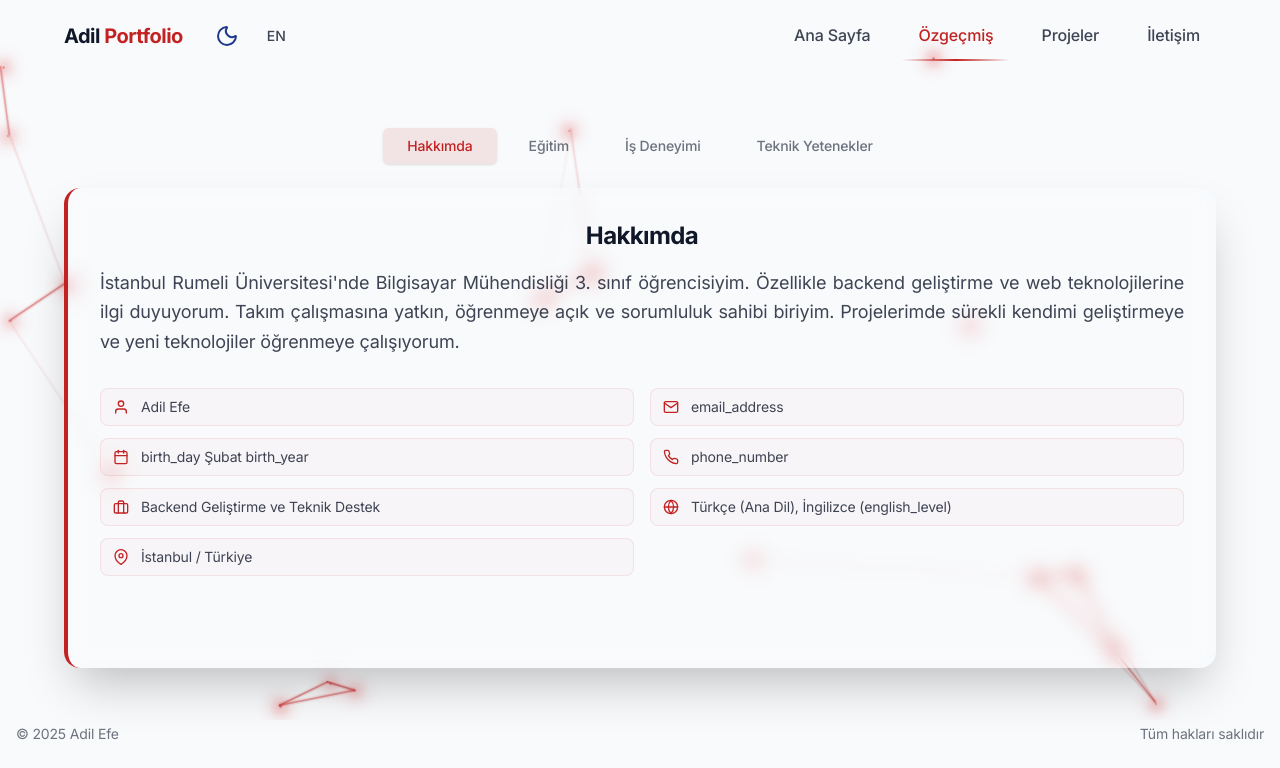
Repository: jusiann/personal-portfolio
Page: /tr/resume (app in my-portfolio/)
These files come from the project's save history. The page is drawn as it stood at one moment and after the next save; the edit follows.
The browser window is 1280 px wide. The pictures show the whole page.
The project was rebuilt for these pictures with package versions that can differ from the ones it lists, and the page was loaded fresh each time. Also part of the build but not shown: my-portfolio/vite.config.js, my-portfolio/src/components/HomeImage.jsx, my-portfolio/src/components/SocialLinks.jsx, my-portfolio/src/components/HomeCard.jsx, my-portfolio/src/pages/Home.jsx, my-portfolio/src/components/ProjectCard.jsx, my-portfolio/src/pages/Projects.jsx, my-portfolio/src/components/ContactCard.jsx and 2 more.

Above is the page before, as saved 2025-11-23 19:53:50.

### my-portfolio/index.html
<!doctype html>
<html lang="en">
  <head>
    <meta charset="UTF-8" />
    <link rel="icon" type="image/svg+xml" href="/vite.svg" />
    <meta name="viewport" content="width=device-width, initial-scale=1.0" />
    <link rel="preconnect" href="https://fonts.googleapis.com">
    <link rel="preconnect" href="https://fonts.gstatic.com" crossorigin>
    <link href="https://fonts.googleapis.com/css2?family=Inter:wght@300;400;500;600;700;800&family=Source+Code+Pro:wght@400;500;600&display=swap" rel="stylesheet">
    <title>my-portfolio</title>
  </head>
  <body>
    <div id="root"></div>
    <script type="module" src="/src/main.jsx"></script>
  </body>
</html>

### my-portfolio/src/App.jsx
import { BrowserRouter, Routes, Route, Navigate, useLocation } from "react-router-dom"
import { AnimatePresence } from "framer-motion"
import { Home } from "./pages/Home";
import { Resume } from "./pages/Resume";
import { Projects } from "./pages/Projects";
import { Contact } from "./pages/Contact";
import { NotFound } from "./pages/NotFound";

function AnimatedRoutes() {
  const location = useLocation();

  return (
    <AnimatePresence mode="wait">
      <Routes location={location} key={location.pathname}>

        {/* TURKISH ROUTES */}
        <Route path="/" element={<Navigate to="/en" replace />} />
        <Route path="/tr" element={<Home />}/>
        <Route path="/tr/resume" element={<Resume />}/>
        <Route path="/tr/projects" element={<Projects />}/>
        <Route path="/tr/contact" element={<Contact />}/>

        {/* ENGLISH ROUTES */}
        <Route path="/en" element={<Home />}/>
        <Route path="/en/resume" element={<Resume />}/>
        <Route path="/en/projects" element={<Projects />}/>
        <Route path="/en/contact" element={<Contact />}/>
        <Route path="*" element={<NotFound />} />
      </Routes>
    </AnimatePresence>
  );
}

function App() {
  return (
    <BrowserRouter>
      <AnimatedRoutes />
    </BrowserRouter>
  )
}

export default App

### my-portfolio/src/pages/Resume.jsx
import { CrimsonWebBackground } from "../components/CrimsonWebBackground";
import { Navbar } from "../components/Navbar";
import { PageTransition } from "../components/PageTransition";
import { ResumeCard } from "../components/ResumeCard";
import { Footer } from "../components/Footer";


export const Resume = () => {

    return (
        <PageTransition>
            <div className="
                min-h-screen
                bg-background
                text-foreground
                overflow-x-hidden
                flex
                flex-col
            ">

                {/* BACKGROUND EFFECTS */}
                <CrimsonWebBackground />

                {/* NAVBAR */}
                <Navbar />

                {/* MAIN CONTENT */}
                <ResumeCard />

                {/* FOOTER */}
                <Footer />
            </div>
        </PageTransition>
    );
};

### my-portfolio/src/components/Footer.jsx
import {useLanguage} from "../lib/utils";

export const Footer = () => {
    const {translate} = useLanguage();
    const currentYear = new Date().getFullYear();

    return (
        <footer className="w-full py-6 mt-auto">
            <div className="max-w-7xl mx-auto px-4">
                <div className="flex flex-col md:flex-row items-center justify-between gap-2 text-center md:text-left">

                    {/* COPYRIGHT */}
                    <p className="text-foreground/60 text-sm">
                        © {currentYear} {translate('profile_name')} {translate('profile_surname')}
                    </p>

                    {/* RIGHTS RESERVED */}
                    <p className="text-foreground/60 text-sm">
                        {translate('rights_reserved')}
                    </p>
                </div>
            </div>
        </footer>
    );
};

### my-portfolio/src/components/ResumeCard.jsx
import {useState} from 'react';
import {useLanguage} from '../lib/utils';
import {cn} from '../lib/utils';
import {
    SiHtml5, SiCss3, SiJavascript, SiReact, SiBootstrap, SiTailwindcss,
    SiCplusplus, SiPython, SiPostgresql, SiMongodb, SiMysql, SiNodedotjs, SiExpress,
    SiGit, SiFigma, SiPostman, SiBlender, SiUnity, SiJsonwebtokens, SiNpm, SiJira, SiEslint,
} from 'react-icons/si';
import {FaJava} from 'react-icons/fa';
import {VscVscode} from 'react-icons/vsc';
import {FiMail, FiPhone, FiUser, FiCalendar, FiBriefcase, FiMapPin, FiGlobe} from 'react-icons/fi';

export const ResumeCard = () => {
    const {translate} = useLanguage();
    const [activeTab, setActiveTab] = useState('about');

    const tabs = [
        {id: 'about', label: translate('resume_about_title')},
        {id: 'education', label: translate('resume_education_title')},
        {id: 'experience', label: translate('resume_experience_title')},
        {id: 'skills', label: translate('resume_skills_title')},
    ];

    const renderContent = () => {
        switch (activeTab) {
            case 'about':
                return (
                    <div>
                        <h3 className="text-2xl font-heading font-bold text-foreground mb-4">
                            {translate('resume_about_title')}
                        </h3>
                        <p className="text-foreground/80 leading-relaxed text-lg mb-8 text-justify">
                            {translate('profile_about_text')}
                        </p>
                        <div className="grid grid-cols-1 md:grid-cols-2 gap-4">
                            <div className="space-y-3">
                                <div className="flex items-start gap-3 p-2 pl-3 rounded-lg bg-primary/2 border border-primary/10 hover:bg-primary/4 transition-colors duration-200">
                                    <FiUser className="text-primary mt-0.5 shrink-0" />
                                    <span className="text-foreground/80 text-sm">{translate('profile_name')} {translate('profile_surname')}</span>
                                </div>
                                <div className="flex items-start gap-3 p-2 pl-3 rounded-lg bg-primary/2 border border-primary/10 hover:bg-primary/4 transition-colors duration-200">
                                    <FiCalendar className="text-primary mt-0.5 shrink-0" />
                                    <span className="text-foreground/80 text-sm">{translate('birth_day')} {translate('february')} {translate('birth_year')}</span>
                                </div>
                                <div className="flex items-start gap-3 p-2 pl-3 rounded-lg bg-primary/2 border border-primary/10 hover:bg-primary/4 transition-colors duration-200">
                                    <FiBriefcase className="text-primary mt-0.5 shrink-0" />
                                    <span className="text-foreground/80 text-sm">{translate('current_position')}</span>
                                </div>
                                <div className="flex items-start gap-3 p-2 pl-3 rounded-lg bg-primary/2 border border-primary/10 hover:bg-primary/4 transition-colors duration-200">
                                    <FiMapPin className="text-primary mt-0.5 shrink-0" />
                                    <span className="text-foreground/80 text-sm">{translate('location_city')}</span>
                                </div>
                            </div>
                            <div className="space-y-3">
                                <div className="flex items-start gap-3 p-2 pl-3 rounded-lg bg-primary/2 border border-primary/10 hover:bg-primary/4 transition-colors duration-200">
                                    <FiMail className="text-primary mt-0.5 shrink-0" />
                                    <span className="text-foreground/80 text-sm">{translate('email_address')}</span>
                                </div>
                                <div className="flex items-start gap-3 p-2 pl-3 rounded-lg bg-primary/2 border border-primary/10 hover:bg-primary/4 transition-colors duration-200">
                                    <FiPhone className="text-primary mt-0.5 shrink-0" />
                                    <span className="text-foreground/80 text-sm">{translate('phone_number')}</span>
                                </div>
                                <div className="flex items-start gap-3 p-2 pl-3 rounded-lg bg-primary/2 border border-primary/10 hover:bg-primary/4 transition-colors duration-200">
                                    <FiGlobe className="text-primary mt-0.5 shrink-0" />
                                    <span className="text-foreground/80 text-sm">{translate('turkish')} ({translate('native')}), {translate('english')} ({translate('english_level')})</span>
                                </div>
                            </div>
                        </div>
                    </div>
                );
            case 'education':
                return (
                    <div>
                        <h3 className="text-2xl font-heading font-bold text-foreground mb-6">
                            {translate('resume_education_title')}
                        </h3>
                        <div className="space-y-4">
                            <div className="border-l-4 border-primary pl-4">
                                <h4 className="text-lg font-semibold text-foreground">
                                    {translate('education_university_degree')}
                                </h4>
                                <p className="text-primary font-medium">
                                    {translate('education_university_name')}
                                </p>
                                <p className="text-sm text-foreground/60">
                                    {translate('education_university_start')} - {translate('present')}
                                </p>
                            </div>
                            <div className="border-l-4 border-primary/50 pl-4">
                                <h4 className="text-lg font-semibold text-foreground">
                                    {translate('education_highschool_degree')}
                                </h4>
                                <p className="text-primary/80 font-medium">
                                    {translate('education_highschool_name')}
                                </p>
                                <p className="text-sm text-foreground/60">
                                    {translate('education_highschool_start')} - {translate('education_highschool_end')}
                                </p>
                            </div>
                        </div>
                    </div>
                );
            case 'experience':
                return (
                    <div>
                        <h3 className="text-2xl font-heading font-bold text-foreground mb-6">
                            {translate('resume_experience_title')}
                        </h3>
                        <div className="space-y-6">
                            <div className="border-l-4 border-primary pl-4">
                                <h4 className="text-lg font-semibold text-foreground">
                                    {translate('experience_yapiradar_title')}
                                </h4>
                                <p className="text-primary font-medium">
                                    {translate('experience_yapiradar_company')}
                                </p>
                                <p className="text-sm text-foreground/60 mb-2">
                                    {translate('experience_yapiradar_start')} - {translate('present')}
                                </p>
                                <p className="text-sm text-foreground/70">
                                    {translate('experience_yapiradar_description')}
                                </p>
                            </div>
                        </div>
                    </div>
                );
            case 'skills': {
                const skillsData = {
                    frontend: [
                        {name: 'HTML5', icon: SiHtml5},
                        {name: 'CSS3', icon: SiCss3},
                        {name: 'JavaScript', icon: SiJavascript},
                        {name: 'React', icon: SiReact},
                        {name: 'Bootstrap', icon: SiBootstrap},
                        {name: 'Tailwind CSS', icon: SiTailwindcss},
                    ],
                    backend: [
                        {name: 'C++', icon: SiCplusplus},
                        {name: 'Java', icon: FaJava},
                        {name: 'Python', icon: SiPython},
                        {name: 'Node.js', icon: SiNodedotjs},
                        {name: 'Express', icon: SiExpress},
                        {name: 'PostgreSQL', icon: SiPostgresql},
                        {name: 'MongoDB', icon: SiMongodb},
                        {name: 'MySQL', icon: SiMysql},
                    ],
                    tools: [
                        {name: 'Git', icon: SiGit},
                        {name: 'VS Code', icon: VscVscode},
                        {name: 'Postman', icon: SiPostman},
                        {name: 'JWT', icon: SiJsonwebtokens},
                        {name: 'NPM', icon: SiNpm},
                        {name: 'Jira', icon: SiJira},
                        {name: 'ESLint', icon: SiEslint},
                        {name: 'Blender', icon: SiBlender},
                        {name: 'Unity', icon: SiUnity},
                    ]
               };

                return (
                    <div>
                        <h3 className="text-2xl font-heading font-bold text-foreground mb-6">
                            {translate('resume_skills_title')}
                        </h3>
                        <div className="grid grid-cols-1 md:grid-cols-2 gap-6">
                            <div>
                                <h4 className="text-lg font-semibold text-primary mb-3">
                                    {translate('resume_skills_frontend')}
                                </h4>
                                <div className="flex flex-wrap gap-3">
                                    {skillsData.frontend.map(skill => (
                                        <div
                                            key={skill.name}
                                            className="relative group"
                                        >
                                            <div className="w-12 h-12 bg-primary/10 hover:bg-primary/20 rounded-lg flex items-center justify-center transition-colors duration-200 md:hover:scale-110 md:transition-transform cursor-pointer text-foreground/70 hover:text-primary">
                                                <skill.icon className="w-7 h-7" />
                                            </div>
                                            <div className="hidden md:block absolute -top-10 left-1/2 transform -translate-x-1/2 bg-background/95 text-foreground text-xs px-2 py-1 rounded opacity-0 group-hover:opacity-100 transition-opacity duration-200 pointer-events-none whitespace-nowrap border border-primary/20 shadow-lg">
                                                {skill.name}
                                            </div>
                                        </div>
                                    ))}
                                </div>
                            </div>
                            <div>
                                <h4 className="text-lg font-semibold text-primary mb-3">
                                    {translate('resume_skills_backend')}
                                </h4>
                                <div className="flex flex-wrap gap-3">
                                    {skillsData.backend.map(skill => (
                                        <div
                                            key={skill.name}
                                            className="relative group"
                                        >
                                            <div className="w-12 h-12 bg-primary/10 hover:bg-primary/20 rounded-lg flex items-center justify-center transition-colors duration-200 md:hover:scale-110 md:transition-transform cursor-pointer text-foreground/70 hover:text-primary">
                                                <skill.icon className="w-7 h-7" />
                                            </div>
                                            <div className="hidden md:block absolute -top-10 left-1/2 transform -translate-x-1/2 bg-background/95 text-foreground text-xs px-2 py-1 rounded opacity-0 group-hover:opacity-100 transition-opacity duration-200 pointer-events-none whitespace-nowrap border border-primary/20 shadow-lg">
                                                {skill.name}
                                            </div>
                                        </div>
                                    ))}
                                </div>
                            </div>
                            <div>
                                <h4 className="text-lg font-semibold text-primary mb-3">
                                    {translate('resume_skills_tools')}
                                </h4>
                                <div className="flex flex-wrap gap-3">
                                    {skillsData.tools.map(skill => (
                                        <div
                                            key={skill.name}
                                            className="relative group"
                                        >
                                            <div className="w-12 h-12 bg-primary/10 hover:bg-primary/20 rounded-lg flex items-center justify-center transition-colors duration-200 md:hover:scale-110 md:transition-transform cursor-pointer text-foreground/70 hover:text-primary">
                                                <skill.icon className="w-7 h-7" />
                                            </div>
                                            <div className="hidden md:block absolute -top-10 left-1/2 transform -translate-x-1/2 bg-background/95 text-foreground text-xs px-2 py-1 rounded opacity-0 group-hover:opacity-100 transition-opacity duration-200 pointer-events-none whitespace-nowrap border border-primary/20 shadow-lg">
                                                {skill.name}
                                            </div>
                                        </div>
                                    ))}
                                </div>
                            </div>
                        </div>
                    </div>
                );
           }
            default:
                return null;
       }
   };

    return (
        <div className="relative w-[90%] mx-auto min-h-[calc(100vh-8rem)] flex flex-col items-center justify-center pt-32 pb-8">
            <div className="w-full max-w-6xl">

                {/* TAB NAVIGATION */}
                <div className="mb-6 flex flex-col md:flex-row justify-center gap-2">
                    {tabs.map((tab) => (
                        <button
                            key={tab.id}
                            onClick={() => setActiveTab(tab.id)}
                            className={cn(
                                "px-6 py-2 text-sm font-medium transition-all duration-200 rounded-md min-w-fit w-full md:w-auto",
                                activeTab === tab.id
                                    ? "text-primary bg-primary/10 shadow-sm"
                                    : "text-foreground/60 hover:text-foreground hover:bg-primary/5"
                            )}
                        >
                            {tab.label}
                        </button>
                    ))}
                </div>

                {/* CARD */}
                <div
                    className="
                        relative
                        bg-card/10
                        backdrop-blur-sm
                        rounded-2xl
                        border-l-4
                        border-primary
                        shadow-2xl
                        overflow-hidden
                        transition-all
                        duration-500
                        hover:scale-[1.01]
                    "
                >
                    {/* CONTENT */}
                    <div className="p-6 md:p-8 h-[480px] overflow-y-auto">
                        {renderContent()}
                    </div>
                </div>

                {/* GLOW EFFECT */}
                <div
                    className="
                        absolute
                        -inset-4
                        bg-primary/5
                        blur-3xl
                        -z-10
                        opacity-50
                        animate-pulse-subtle
                    "
                />
            </div>
        </div>
    );
};

### my-portfolio/src/components/LanguageToggle.jsx
import {useNavigate, useLocation} from 'react-router-dom';
import {cn} from '../lib/utils';

export const LanguageToggle = () => {
    const navigate = useNavigate();
    const location = useLocation();
    const currentLang = location.pathname.startsWith("/en") ? "en" : "tr";

    const toggleLanguage = () => {
        const newLang = currentLang === "tr" ? "en" : "tr";
        const newPath = location.pathname.replace(`/${currentLang}`, `/${newLang}`);
        navigate(`${newPath}${location.hash}`);
    };

    return (
        <>
            {/* LANGUAGE TOGGLE BUTTON */}
            <button
                onClick={toggleLanguage}
                className={cn(
                    "px-3 py-2 transition-all duration-300",
                    "hover:scale-110 active:scale-95",
                    "focus:outline-none text-foreground/80 hover:text-foreground",
                    "text-sm font-medium uppercase"
                )}
            >
                {currentLang === "tr" ? "EN" : "TR"}
            </button>
        </>
    );
};

Loaded but not shown: my-portfolio/src/main.jsx (common file); my-portfolio/src/lib/translations.js (library); my-portfolio/src/lib/utils.js (19 lines, source omitted); my-portfolio/src/index.css (267 lines, source omitted); my-portfolio/src/components/ThemeToggle.jsx (133 lines, source omitted); my-portfolio/src/components/CrimsonWebBackground.jsx (183 lines, source omitted); my-portfolio/src/components/Navbar.jsx (139 lines, source omitted); my-portfolio/src/components/PageTransition.jsx (55 lines, source omitted)

After the next save:
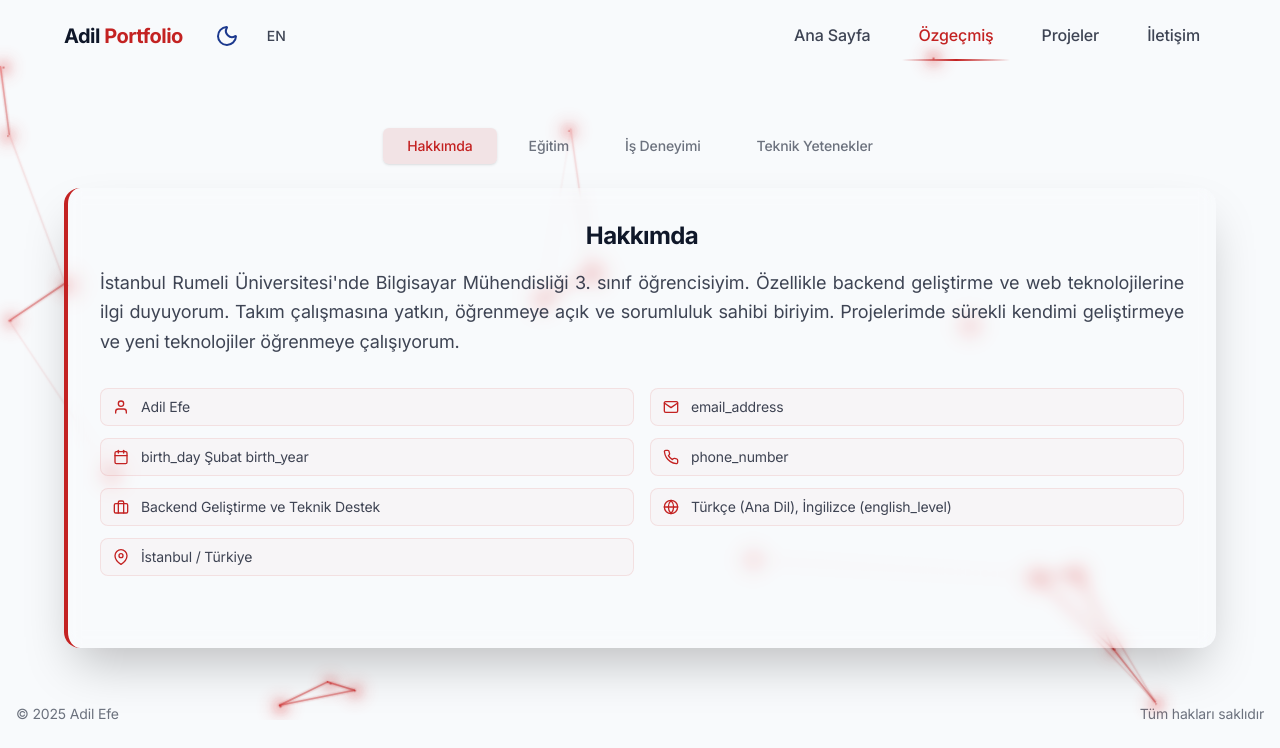
Saved 7 s later.
--- a/my-portfolio/src/components/ResumeCard.jsx
+++ b/my-portfolio/src/components/ResumeCard.jsx
@@ -271,7 +271,7 @@ export const ResumeCard = () => {
                     "
                 >
                     {/* CONTENT */}
-                    <div className="p-6 md:p-8 h-[480px] overflow-y-auto">
+                    <div className="p-6 md:p-8 h-[460px] overflow-y-auto">
                         {renderContent()}
                     </div>
                 </div>
